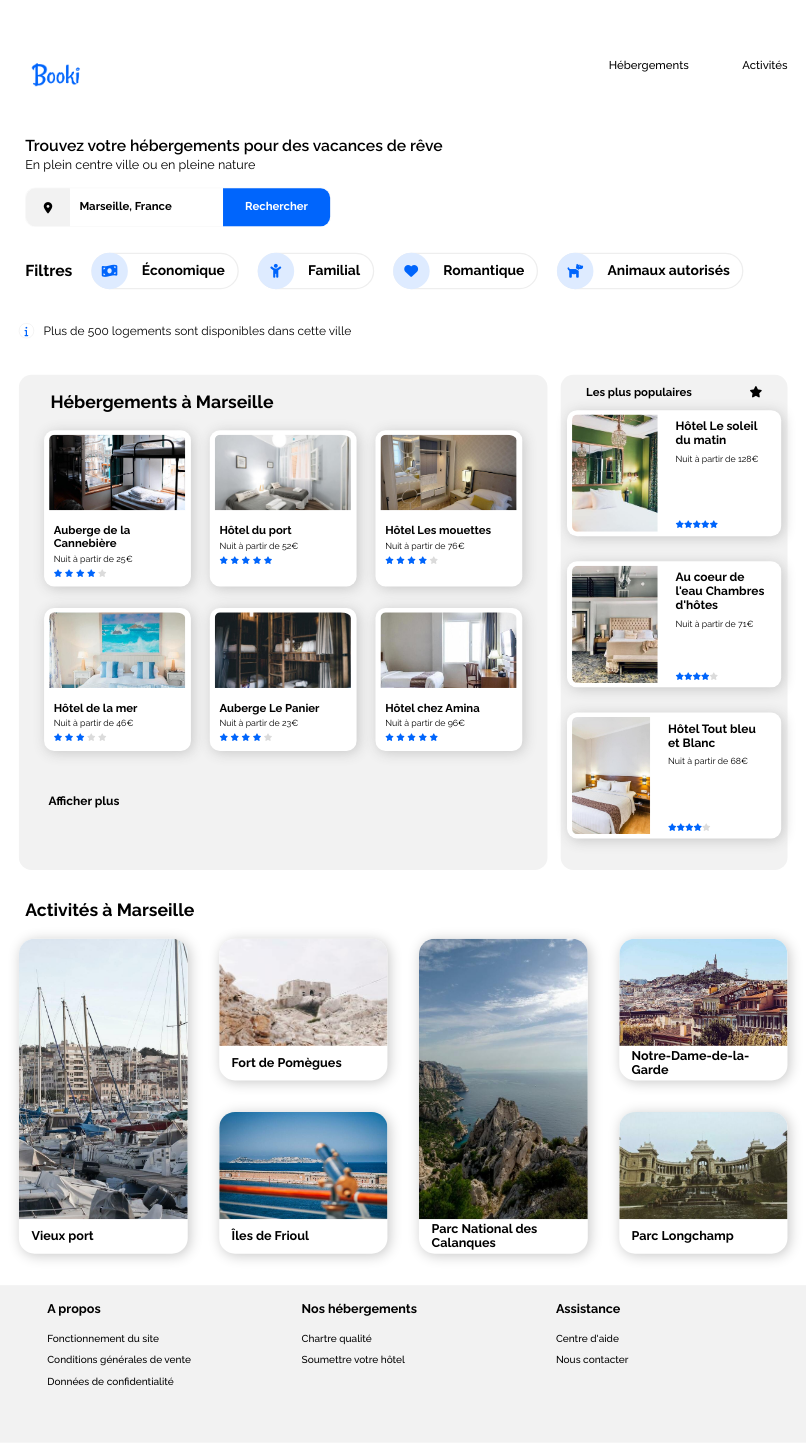
Repository: leandroBarbosaFR/booki
Page: index.html
An editor plug-in stored every save of this project. The page is shown before and after a run of saves, followed by the edit.
The browser window is 1280 px wide. The pictures show the whole page, at 63% of full size.

Above is the page before, as saved 2022-07-22 15:57:47.

After the next 2 saves:
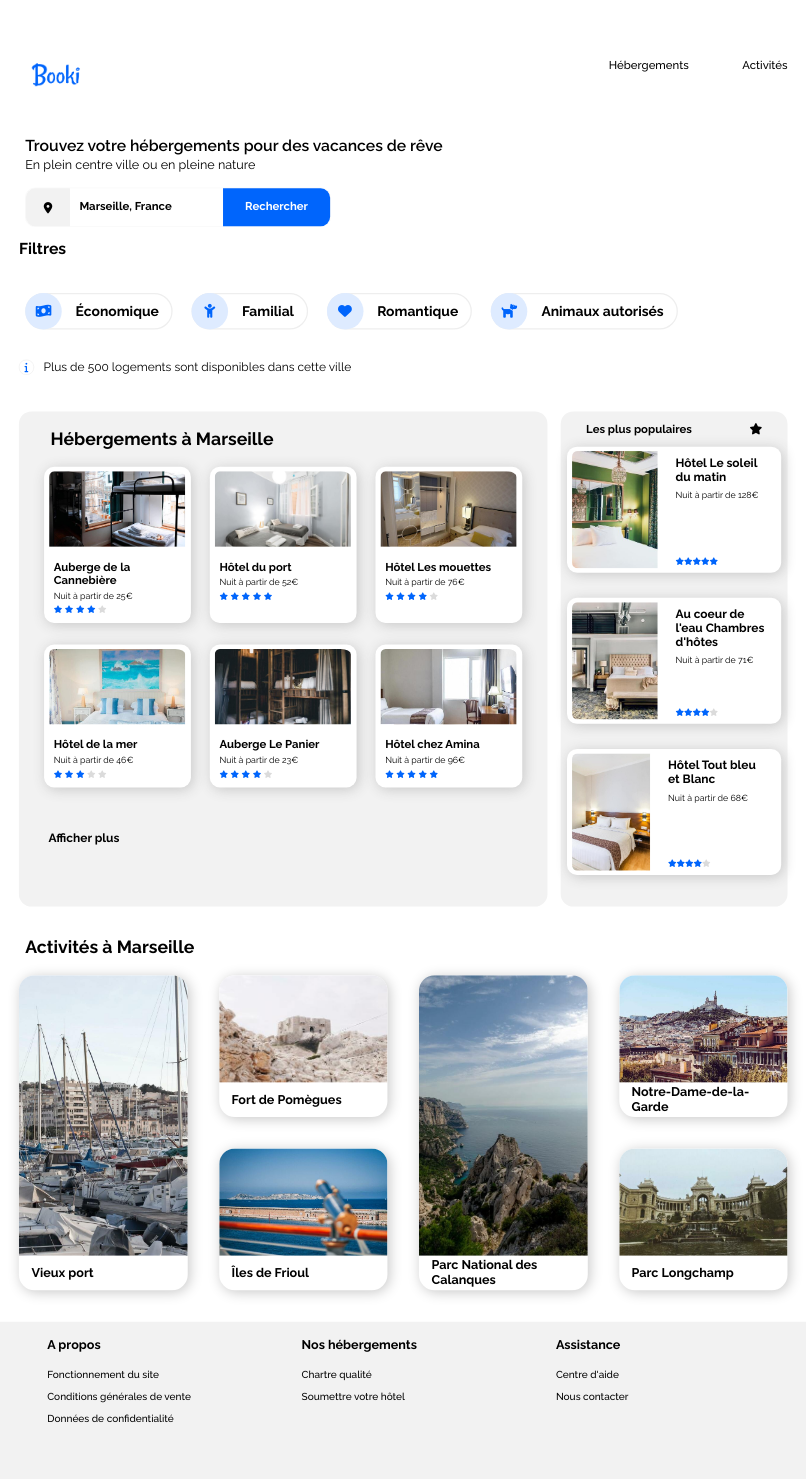
The 2 saves are shown as one change because they came seconds apart.
The last was saved 59 s later.
--- a/index.html
+++ b/index.html
@@ -45,8 +45,9 @@
             <i class="fa-solid fa-magnifying-glass"></i>
         </form>
         <!-- Filtres -->
+        <h2 class="h2">Filtres</h2>
         <section class="filtres">
-            <h2 class="h2">Filtres</h2>
+
             <a href=# class="economique">
                 <i class="fa-solid fa-money-bill-wave"></i>
                 <p class="text">Économique</p>
